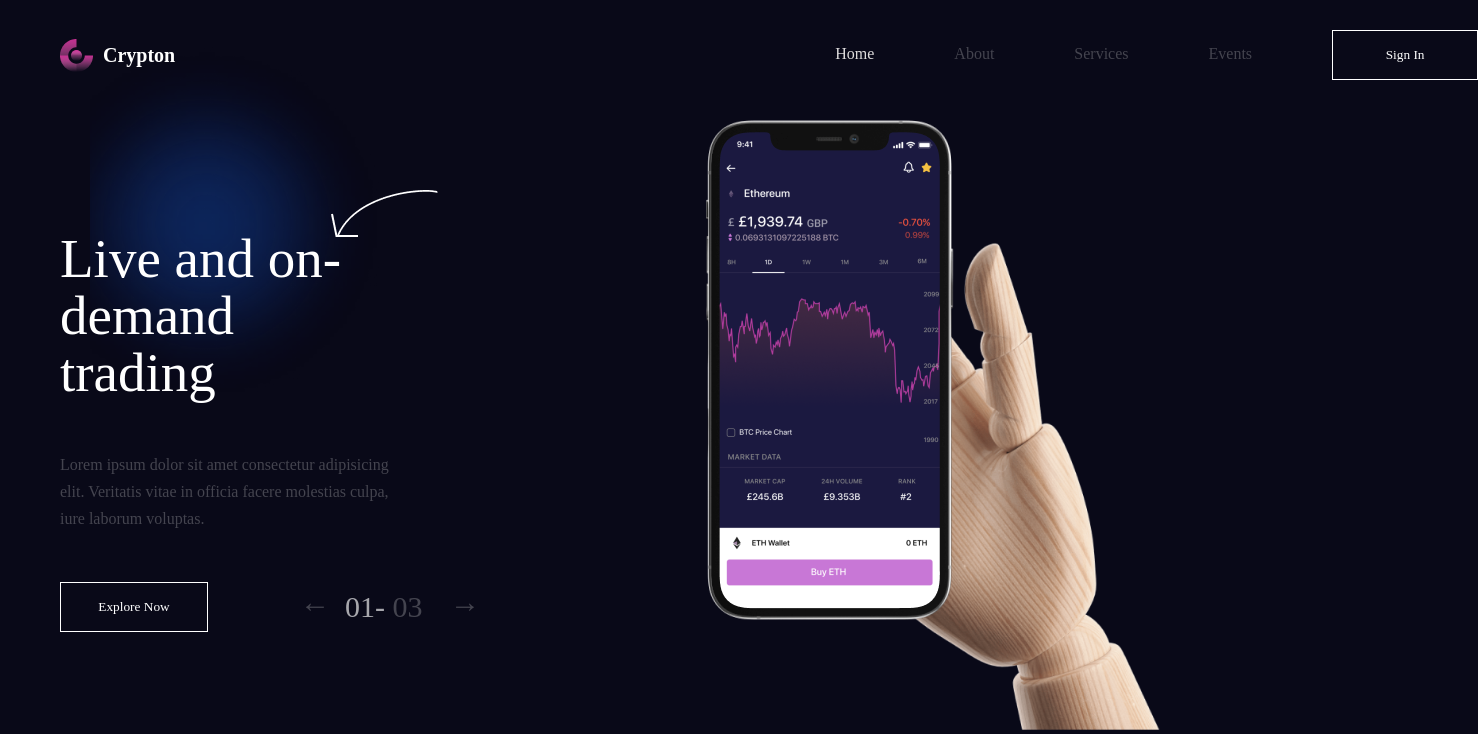
Repository: isaacCodes1/Crypton-Website
Page: index.html
These files come from the project's save history. The page is drawn as it stood at one moment and after a run of saves; the edit follows.
The browser window is 1280 px wide. The page is 1478 px wide, so the pictures cover 1478 px, including what lies to the right of the window. The pictures show the whole page.

Above is the page before, as saved 2024-05-14 20:59:09.

After the next 3 saves:
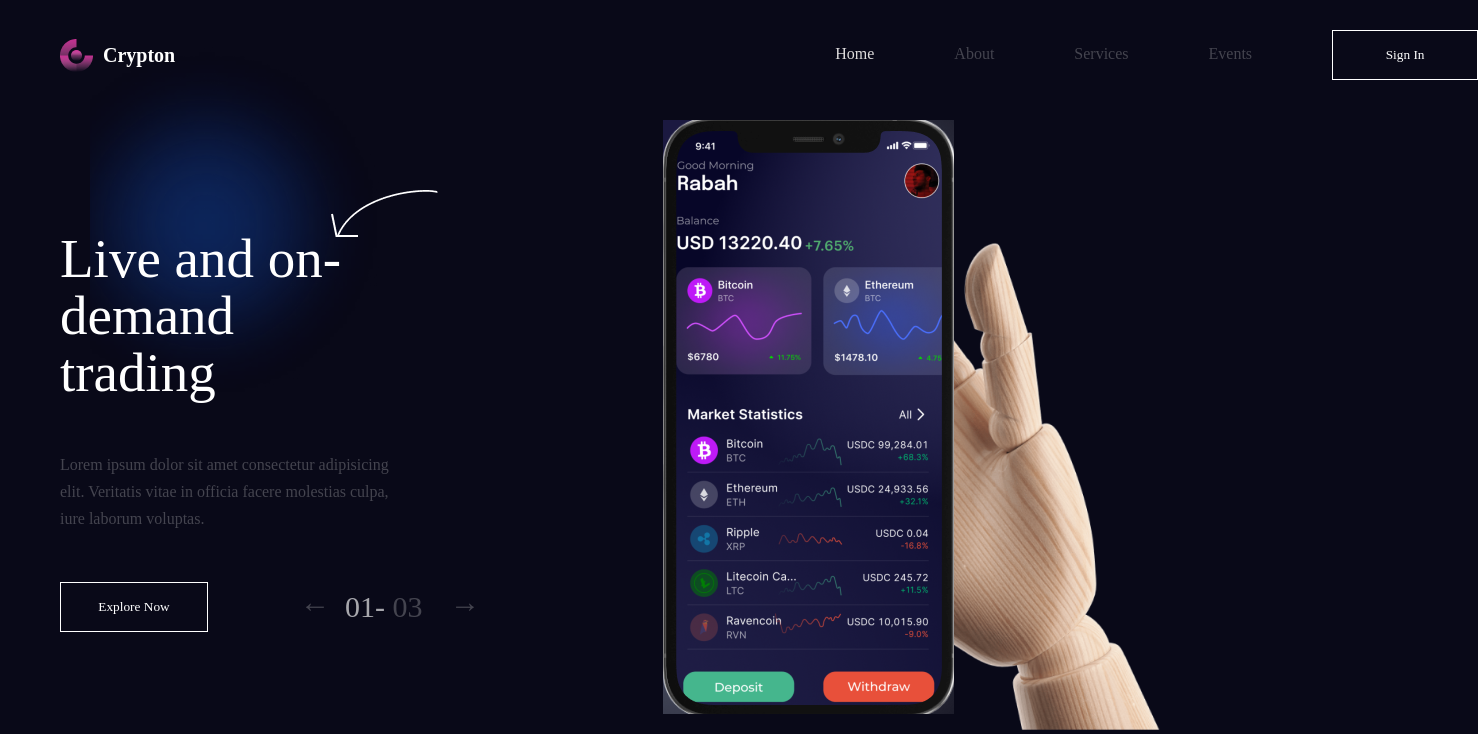
The 3 saves are shown as one change because they came seconds apart.
The last was saved 11 s later.
--- a/index.html
+++ b/index.html
@@ -42,7 +42,7 @@
     <section>
       <div class="handDiv">
         <div class="woodenHand">
-          <img class="wood" src="/Assets/iPhone 12 Pro (Wooden Hands).png
+          <img class="wood" src="/Assets/rabat.png
           " alt="">
           <img class="hand" src="/Assets/Hand.png" alt="">
         </div>
